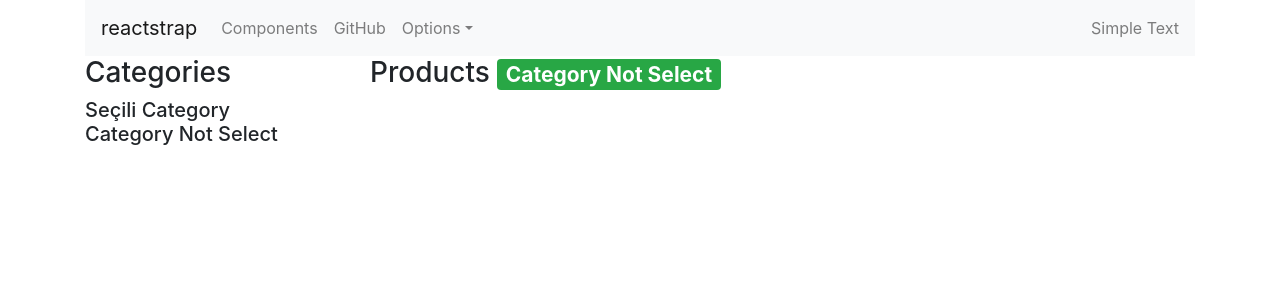
Repository: asarikaya/redux_try_app
Page: /
The author's editor kept a copy of each file at every save. The page is drawn from the files as they stood at one save, then again after the next save.
The browser window is 1280 px wide. The pictures show the whole page.
The page's requests for data from a server got no answer. The project was rebuilt for these pictures with package versions that can differ from the ones it lists, and the page was loaded fresh each time. No one was signed in, and anything a server would have sent is missing.

Above is the page before, as saved 2020-02-28 13:12:36.

### src/index.js
import React from 'react';
import ReactDOM from 'react-dom';
import App from './components/root/App';
import * as serviceWorker from './serviceWorker';
import 'bootstrap/dist/css/bootstrap.min.css';
import {Provider} from "react-redux"
import configureStore from "./redux/reducers/configureStore"

const store = configureStore();

ReactDOM.render(<Provider store={store}><App /></Provider>, document.getElementById('root'));

// If you want your app to work offline and load faster, you can change
// unregister() to register() below. Note this comes with some pitfalls.
// Learn more about service workers: https://bit.ly/CRA-PWA
serviceWorker.unregister();

### src/components/root/App.js
import React from 'react';
import { Container } from 'reactstrap';
import Navi from "../navi/Navi"
import Dashboard from './Dashboard';

function App() {
  return (
    <Container>
      <Navi/>
      <Dashboard/>
    </Container>
  );
}

export default App;

### src/redux/reducers/configureStore.js
import {createStore,applyMiddleware} from "redux"
import rootReducer from "./index"
import thunk from "redux-thunk"

export default function configureStore(){
    return createStore(rootReducer,applyMiddleware(thunk));
}

### src/components/navi/Navi.js
import React, { Component } from "react";
import {
  Collapse,
  Navbar,
  NavbarToggler,
  NavbarBrand,
  Nav,
  NavItem,
  NavLink,
  UncontrolledDropdown,
  DropdownToggle,
  DropdownMenu,
  DropdownItem,
  NavbarText
} from "reactstrap";

export default class Navi extends Component {
  render() {
    return (
      <div>
        <Navbar color="light" light expand="md">
          <NavbarBrand href="/">reactstrap</NavbarBrand>
          <NavbarToggler />
          <Collapse navbar>
            <Nav className="mr-auto" navbar>
              <NavItem>
                <NavLink href="/components/">Components</NavLink>
              </NavItem>
              <NavItem>
                <NavLink href="https://github.com/reactstrap/reactstrap">
                  GitHub
                </NavLink>
              </NavItem>
              <UncontrolledDropdown nav inNavbar>
                <DropdownToggle nav caret>
                  Options
                </DropdownToggle>
                <DropdownMenu right>
                  <DropdownItem>Option 1</DropdownItem>
                  <DropdownItem>Option 2</DropdownItem>
                  <DropdownItem divider />
                  <DropdownItem>Reset</DropdownItem>
                </DropdownMenu>
              </UncontrolledDropdown>
            </Nav>
            <NavbarText>Simple Text</NavbarText>
          </Collapse>
        </Navbar>
      </div>
    );
  }
}

### src/components/root/Dashboard.js
import React, { Component } from 'react'
import { Row, Col } from 'reactstrap'
import CategoryList from "../categories/CategoryList"
import ProductList from "../products/ProductList"

export default class Dashboard extends Component {
    render() {
        return (
            <div>
                <Row>
                    <Col xs="3">
                        <CategoryList/>
                    </Col>
                    <Col xs="9">
                        <ProductList/>
                    </Col>
                </Row>
            </div>
        )
    }
}

### src/redux/reducers/index.js
import {combineReducers} from "redux"
import changeCategoryReducer from "./changeCategoryReducer"
import categoryListReducer from "./categoryListReducer"

const rootReducer = combineReducers({
    changeCategoryReducer,
    categoryListReducer
})

export default rootReducer;

### src/components/categories/CategoryList.js
import React, { Component } from "react";
import { connect } from "react-redux";
import { bindActionCreators } from "redux";
import * as categoryActions from "../../redux/actions/categoryActions";
import { ListGroup, ListGroupItem } from "reactstrap";

class CategoryList extends Component {
  componentDidMount() {
    this.props.actions.getCategories();
  }

  selectCategory = (category) => {
    this.props.actions.changeCategory(category);
  };

  render() {
    return (
      <div>
        <h3>Categories</h3>
        <ListGroup>
          {this.props.categories.map(category => (
            <ListGroupItem
              active={category.id === this.props.currentCategory.id}
              key={category.id}
              onClick={() => this.selectCategory(category)}
            >
              {category.categoryName}
            </ListGroupItem>
          ))}
        </ListGroup>
        <h5>
          Seçili Category
          <br /> {this.props.currentCategory.categoryName}
        </h5>
      </div>
    );
  }
}

function mapStateToProps(state) {
  return {
    currentCategory: state.changeCategoryReducer,
    categories: state.categoryListReducer
  };
}

function mapDispatchToProps(dispatch) {
  return {
    actions: {
      getCategories: bindActionCreators(
        categoryActions.getCategories,
        dispatch
      ),
      changeCategory: bindActionCreators(
        categoryActions.changeCategory,
        dispatch
      )
    }
  };
}

export default connect(mapStateToProps, mapDispatchToProps)(CategoryList);

### src/components/products/ProductList.js
import React, { Component } from "react";
import { connect } from "react-redux";
import { Badge } from "reactstrap";

class ProductList extends Component {
  render() {
    return (
      <div>
        <h3>
            Products <Badge color="success">{this.props.currentCategory.categoryName}</Badge>
        </h3>
      </div>
    );
  }
}

function mapStateToProps(state) {
  return {
    currentCategory: state.changeCategoryReducer
  };
}

export default connect(mapStateToProps)(ProductList);

### src/redux/reducers/changeCategoryReducer.js
import * as actionTypes from "../actions/actionTypes"
import initialState from "./initialState";

export default function changeCategoryReducer(state=initialState.currentCategory,action){
    switch (action.type) {
        case actionTypes.CHANGE_CATEGORY:
            return action.payload;
        default:
            return state;
    }
}

### src/redux/reducers/categoryListReducer.js
import * as actionTypes from "../actions/actionTypes"
import initialState from "./initialState";

export default function changeCategoryReducer(state=initialState.categories,action){
    switch (action.type) {
        case actionTypes.GET_CATEGORIES_SUCCESS:
            return action.payload;
        default:
            return state;
    }
}

### src/redux/actions/categoryActions.js
import * as actionTypes from "./actionTypes";

export function changeCategory(category) {
  return { type: actionTypes.CHANGE_CATEGORY, payload: category };
}

export function getCategoriesSuccess(categories){
    return { type: actionTypes.GET_CATEGORIES_SUCCESS, payload: categories };
}

export function getCategories() {
  return function(dispatch) {
    let url = "http://localhost:3000/categories";
    return fetch(url)
      .then(response => response.json())
      .then(result => dispatch(getCategoriesSuccess(result)));
  };
}

### src/redux/actions/actionTypes.js
export const CHANGE_CATEGORY = "CHANGE_CATEGORY"
export const GET_CATEGORIES_SUCCESS = "GET_CATEGORIES_SUCCESS"

### src/redux/reducers/initialState.js
export default {
  currentCategory: {categoryName:"Category Not Select"},
  categories: []
};

Loaded but not shown: public/index.html (common file); src/serviceWorker.js (common file)

After the next save:
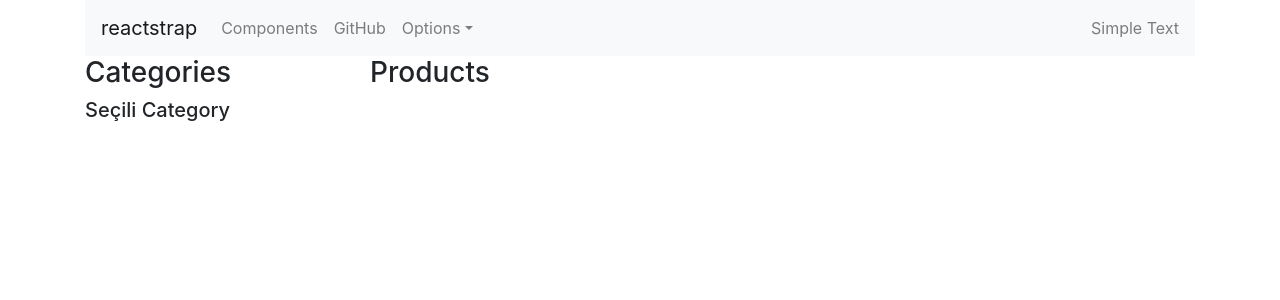
Saved 60 s later.
--- a/src/redux/reducers/initialState.js
+++ b/src/redux/reducers/initialState.js
@@ -1,4 +1,4 @@
 export default {
-  currentCategory: {categoryName:"Category Not Select"},
+  currentCategory: {},
   categories: []
 };
